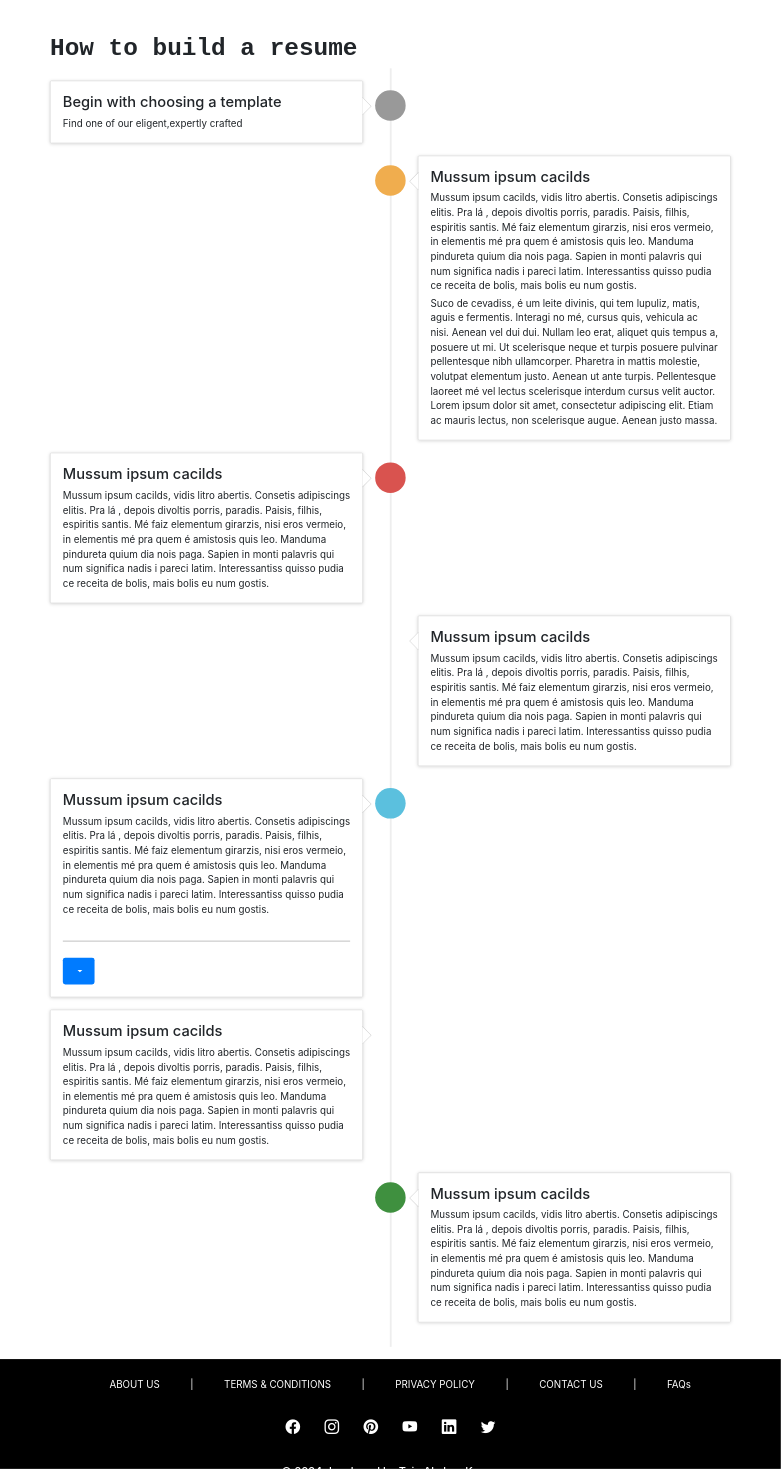
Repository: Tejaakshaykumar/MakeMyVita-Resume-Builder-Website
Page: / (app in frontend/)
These files come from the project's save history. The page is drawn as it stood at one moment and after a run of saves; the edit follows.
The browser window is 1280 px wide. The pictures show the whole page, at 61% of full size.
Some icons come from a web library that is not loaded, so they are not drawn. Some web fonts or font styles are not loaded; a fallback is used. Some web libraries are served in a nearby version. The project was rebuilt for these pictures with package versions that can differ from the ones it lists, and the page was loaded fresh each time. Also part of the build but not shown: frontend/src/App.css, frontend/src/containers/Navbar.js, frontend/src/containers/About.js, frontend/src/containers/Buildresume.js, frontend/src/containers/Images.js, frontend/src/containers/Features.js, frontend/src/containers/Review.js, frontend/src/containers/Trybox.js and 24 more.

Above is the page before, as saved 2024-06-16 23:23:11.

### frontend/public/index.html
<!DOCTYPE html>
<html lang="en">
  <head>
    <meta charset="utf-8" />
    <link rel="icon" href="../src/images/HubSpot Brand Kit (1)/Logo/JPEG/Favicon-32x32.jpeg" />
    <meta name="viewport" content="width=device-width, initial-scale=1" />
    <meta name="theme-color" content="#000000" />
    <meta
      name="description"
      content="Web site created using create-react-app"
    />
    <link rel="apple-touch-icon" href="../src/images/HubSpot Brand Kit (1)/Logo/JPEG/Favicon-32x32.jpeg" />
    <link rel="manifest" href="%PUBLIC_URL%/manifest.json" />
    <link rel="stylesheet" href="https://stackpath.bootstrapcdn.com/bootstrap/4.5.2/css/bootstrap.min.css">
  <link rel="stylesheet" href="https://stackpath.bootstrapcdn.com/font-awesome/4.7.0/css/font-awesome.min.css">
  <link href="https://cdn.jsdelivr.net/npm/bootstrap@5.3.3/dist/css/bootstrap.min.css" rel="stylesheet" integrity="sha384-QWTKZyjpPEjISv5WaRU9OFeRpok6YctnYmDr5pNlyT2bRjXh0JMhjY6hW+ALEwIH" crossorigin="anonymous">
  <link href="https://cdn.jsdelivr.net/npm/bootstrap-icons@1.7.2/font/bootstrap-icons.css" rel="stylesheet">
  <link rel="stylesheet" href="https://cdnjs.cloudflare.com/ajax/libs/bootstrap-icons/1.10.0/font/bootstrap-icons.min.css">
  <title>MakeMyVita</title>
  </head>
  <body>
    <noscript>You need to enable JavaScript to run this app.</noscript>
    <div id="root"></div>
  </body>
  <script src="https://cdn.jsdelivr.net/npm/bootstrap@5.3.3/dist/js/bootstrap.bundle.min.js" integrity="sha384-YvpcrYf0tY3lHB60NNkmXc5s9fDVZLESaAA55NDzOxhy9GkcIdslK1eN7N6jIeHz" crossorigin="anonymous"></script>
</html>

### frontend/src/containers/Howitworks.js
import React from 'react'

function Howitworks ()  {
    return (
        <div className="container">
        <div className="page-header">
          <h1 id="timeline">How to build a resume</h1>
        </div>
        <ul className="timeline">
          <li>
            <div className="timeline-badge">
              <i className="glyphicon glyphicon-check" />
            </div>
            <div className="timeline-panel">
              <div className="timeline-heading">
                <h4 className="timeline-title">Begin with choosing a template</h4>
                {/* <p>
                  <small className="text-muted">
                    <i className="glyphicon glyphicon-time" /> 11 hours ago via
                    Twitter
                  </small>
                </p> */}
              </div>
              <div className="timeline-body">
                <p>
                  Find one of our eligent,expertly crafted
                </p>
              </div>
            </div>
          </li>
          <li className="timeline-inverted">
            <div className="timeline-badge warning">
              <i className="glyphicon glyphicon-credit-card" />
            </div>
            <div className="timeline-panel">
              <div className="timeline-heading">
                <h4 className="timeline-title">Mussum ipsum cacilds</h4>
              </div>
              <div className="timeline-body">
                <p>
                  Mussum ipsum cacilds, vidis litro abertis. Consetis adipiscings
                  elitis. Pra lá , depois divoltis porris, paradis. Paisis, filhis,
                  espiritis santis. Mé faiz elementum girarzis, nisi eros vermeio, in
                  elementis mé pra quem é amistosis quis leo. Manduma pindureta quium
                  dia nois paga. Sapien in monti palavris qui num significa nadis i
                  pareci latim. Interessantiss quisso pudia ce receita de bolis, mais
                  bolis eu num gostis.
                </p>
                <p>
                  Suco de cevadiss, é um leite divinis, qui tem lupuliz, matis, aguis
                  e fermentis. Interagi no mé, cursus quis, vehicula ac nisi. Aenean
                  vel dui dui. Nullam leo erat, aliquet quis tempus a, posuere ut mi.
                  Ut scelerisque neque et turpis posuere pulvinar pellentesque nibh
                  ullamcorper. Pharetra in mattis molestie, volutpat elementum justo.
                  Aenean ut ante turpis. Pellentesque laoreet mé vel lectus
                  scelerisque interdum cursus velit auctor. Lorem ipsum dolor sit
                  amet, consectetur adipiscing elit. Etiam ac mauris lectus, non
                  scelerisque augue. Aenean justo massa.
                </p>
              </div>
            </div>
          </li>
          <li>
            <div className="timeline-badge danger">
              <i className="glyphicon glyphicon-credit-card" />
            </div>
            <div className="timeline-panel">
              <div className="timeline-heading">
                <h4 className="timeline-title">Mussum ipsum cacilds</h4>
              </div>
              <div className="timeline-body">
                <p>
                  Mussum ipsum cacilds, vidis litro abertis. Consetis adipiscings
                  elitis. Pra lá , depois divoltis porris, paradis. Paisis, filhis,
                  espiritis santis. Mé faiz elementum girarzis, nisi eros vermeio, in
                  elementis mé pra quem é amistosis quis leo. Manduma pindureta quium
                  dia nois paga. Sapien in monti palavris qui num significa nadis i
                  pareci latim. Interessantiss quisso pudia ce receita de bolis, mais
                  bolis eu num gostis.
                </p>
              </div>
            </div>
          </li>
          <li className="timeline-inverted">
            <div className="timeline-panel">
              <div className="timeline-heading">
                <h4 className="timeline-title">Mussum ipsum cacilds</h4>
              </div>
              <div className="timeline-body">
                <p>
                  Mussum ipsum cacilds, vidis litro abertis. Consetis adipiscings
                  elitis. Pra lá , depois divoltis porris, paradis. Paisis, filhis,
                  espiritis santis. Mé faiz elementum girarzis, nisi eros vermeio, in
                  elementis mé pra quem é amistosis quis leo. Manduma pindureta quium
                  dia nois paga. Sapien in monti palavris qui num significa nadis i
                  pareci latim. Interessantiss quisso pudia ce receita de bolis, mais
                  bolis eu num gostis.
                </p>
              </div>
            </div>
          </li>
          <li>
            <div className="timeline-badge info">
              <i className="glyphicon glyphicon-floppy-disk" />
            </div>
            <div className="timeline-panel">
              <div className="timeline-heading">
                <h4 className="timeline-title">Mussum ipsum cacilds</h4>
              </div>
              <div className="timeline-body">
                <p>
                  Mussum ipsum cacilds, vidis litro abertis. Consetis adipiscings
                  elitis. Pra lá , depois divoltis porris, paradis. Paisis, filhis,
                  espiritis santis. Mé faiz elementum girarzis, nisi eros vermeio, in
                  elementis mé pra quem é amistosis quis leo. Manduma pindureta quium
                  dia nois paga. Sapien in monti palavris qui num significa nadis i
                  pareci latim. Interessantiss quisso pudia ce receita de bolis, mais
                  bolis eu num gostis.
                </p>
                <hr />
                <div className="btn-group">
                  <button
                    type="button"
                    className="btn btn-primary btn-sm dropdown-toggle"
                    data-toggle="dropdown"
                  >
                    <i className="glyphicon glyphicon-cog" />{" "}
                    <span className="caret" />
                  </button>
                  <ul className="dropdown-menu" role="menu">
                    <li>
                      <a href="#">Action</a>
                    </li>
                    <li>
                      <a href="#">Another action</a>
                    </li>
                    <li>
                      <a href="#">Something else here</a>
                    </li>
                    <li className="divider" />
                    <li>
                      <a href="#">Separated link</a>
                    </li>
                  </ul>
                </div>
              </div>
            </div>
          </li>
          <li>
            <div className="timeline-panel">
              <div className="timeline-heading">
                <h4 className="timeline-title">Mussum ipsum cacilds</h4>
              </div>
              <div className="timeline-body">
                <p>
                  Mussum ipsum cacilds, vidis litro abertis. Consetis adipiscings
                  elitis. Pra lá , depois divoltis porris, paradis. Paisis, filhis,
                  espiritis santis. Mé faiz elementum girarzis, nisi eros vermeio, in
                  elementis mé pra quem é amistosis quis leo. Manduma pindureta quium
                  dia nois paga. Sapien in monti palavris qui num significa nadis i
                  pareci latim. Interessantiss quisso pudia ce receita de bolis, mais
                  bolis eu num gostis.
                </p>
              </div>
            </div>
          </li>
          <li className="timeline-inverted">
            <div className="timeline-badge success">
              <i className="glyphicon glyphicon-thumbs-up" />
            </div>
            <div className="timeline-panel">
              <div className="timeline-heading">
                <h4 className="timeline-title">Mussum ipsum cacilds</h4>
              </div>
              <div className="timeline-body">
                <p>
                  Mussum ipsum cacilds, vidis litro abertis. Consetis adipiscings
                  elitis. Pra lá , depois divoltis porris, paradis. Paisis, filhis,
                  espiritis santis. Mé faiz elementum girarzis, nisi eros vermeio, in
                  elementis mé pra quem é amistosis quis leo. Manduma pindureta quium
                  dia nois paga. Sapien in monti palavris qui num significa nadis i
                  pareci latim. Interessantiss quisso pudia ce receita de bolis, mais
                  bolis eu num gostis.
                </p>
              </div>
            </div>
          </li>
        </ul>
      </div>
    )
  }

export default Howitworks

### frontend/src/components/Step1Template.css
.step-container1 {
    margin-top: 50px;
    display: flex;
    flex-direction: column;
    text-align: center;
    /* align-items: end; */
    background:linear-gradient(to bottom,white,lightblue,rgb(255, 255, 255));
  }

  .step-container1 h2 {
    font-size: 5rem;
    font-family: 'Franklin Gothic Medium', 'Arial Narrow', Arial, sans-serif;
  }
  .search-box {
    align-self: self-end;
    padding: 40px 70px;
  }
  .template-list {
    display: flex;
    flex-wrap: wrap;
    gap: 10px;
    margin-top: 20px;
    padding: 20px 0;
  }

  .template-item {
    width: 20%;
    height: 55vh;
    border: 2px solid #d2daeb;
    border-radius: 5px;
    padding: 10px;
    text-align: center;
    cursor: pointer;
    margin: 0 40px;
    margin-bottom: 50px;
    background-color: #fff;
  }

  .template-item.selected {
    border-color: #007bff;
  }

  .template-item img {
    width: 100%;
    height: auto;
    display: block;
  }

  button {
    margin-top: 20px;
    padding: 10px 20px;
    background-color: #007bff;
    color: #fff;
    border: none;
    border-radius: 5px;
    cursor: pointer;
  }

  button:disabled {
    background-color: #ddd;
    cursor: not-allowed;
  }

### frontend/src/components/components.css
  /* Personal-details */
  .step-container-personal-details {
    padding: 20px;
    max-width: 800px;
    margin: 0 auto;
    background-color: #ffffff;
    border: 1px solid #ccc;
    border-radius: 8px;
  }

  h2 {
    text-align: center;
    margin-bottom: 20px;
    font-size: 3rem;
    font-family:'Franklin Gothic Medium', 'Arial Narrow', Arial, sans-serif ;
    font-weight: 300;
    color: #000000;

  }

  .step-container-personal-details form {
    display: flex;
    flex-direction: column;
  }

  .form-row {
    display: flex;
    justify-content: space-between;
    margin-bottom: 15px;
  }

  .form-group {
    flex: 1;
    margin-right: 10px;
  }

  .form-group:last-child {
    margin-right: 0;
  }

  label {
    display: block;
    margin-bottom: 5px;
    font-weight: bold;
  }

  input {
    width: 100%;
    padding: 10px;
    border: 1px solid #ccc;
    border-radius: 4px;
  }

  .buttons {
    display: flex;
    justify-content: space-between;
    margin-top: 20px;
    /* margin: 20px 20px; */
  }

  .buttons button {
    padding: 10px 20px;
    border: none;
    border-radius: 4px;
    background-color: #007bff;
    color: white;
    cursor: pointer;
    transition: background-color 0.3s;
  }

  .buttons button:hover {
    background-color: #0056b3;
  }

  .buttons button:disabled {
    background-color: #cccccc;
    cursor: not-allowed;
  }

  /* education-details */
  .step-container {
    padding: 20px;
    max-width: 800px;
    margin: 0 auto;
    background-color: #ffffff;
    border: 1px solid #ccc;
    border-radius: 8px;
  }

  .step-container h2 {
    text-align: center;
    margin-bottom: 20px;
    margin-top: 20px;
  }

  .step-container p {
    text-align: center;
    margin-bottom: 20px;
  }

  hr {
    margin-top: 40px;
    text-align: center;
    /* color: rgb(0, 0, 255); */
    border: 1px solid rgb(0, 0, 0);
  }

  .education-entry {
    margin-bottom: 20px;
    padding: 10px 50px;
  }

  .education-entry label {
    display: block;
    margin-top: 10px;
    font-weight: bold;
  }

  .education-entry input {
    width: 100%;
    padding: 10px;
    margin-top: 5px;
    border: 1px solid #ccc;
    border-radius: 4px;
  }

  button[type="button"] {
    margin-top: 10px;
    padding: 10px 20px;
    border: none;
    border-radius: 4px;
    background-color: #007bff;
    color: white;
    cursor: pointer;
    transition: background-color 0.3s;
  }

  button[type="button"]:hover {
    background-color: #0056b3;
  }

  .buttons {
    display: flex;
    justify-content: space-between;
    margin-top: 20px;
  }

  .buttons button {
    padding: 10px 20px;
    border: none;
    border-radius: 4px;
    background-color: #007bff;
    color: white;
    cursor: pointer;
    transition: background-color 0.3s;
  }

  .buttons button:hover {
    background-color: #0056b3;
  }

  .buttons button:disabled {
    background-color: #cccccc;
    cursor: not-allowed;
  }

  /* experience */
  .experience-entry {
    margin-bottom: 20px;
    padding: 10px 50px;
  }

  .experience-entry label {
    display: block;
    margin-top: 10px;
    font-weight: bold;
  }

  .experience-entry input {
    width: 100%;
    padding: 10px;
    margin-top: 5px;
    border: 1px solid #ccc;
    border-radius: 4px;
  }

  /* project-details */

  .project-entry {
    margin-bottom: 20px;
    padding: 10px 50px;
  }

  .project-entry label {
    display: block;
    margin-top: 10px;
    font-weight: bold;
  }

  .project-entry input {
    width: 100%;
    padding: 10px;
    margin-top: 5px;
    border: 1px solid #ccc;
    border-radius: 4px;
  }

  /* additional-sections */
  .additional-section {
    margin-bottom: 20px;
    padding: 10px 50px;
  }

  .additional-section h3 {
    margin-top: 20px;
    margin-bottom: 10px;
    font-weight: bold;
  }

  .additional-section input {
    width: 100%;
    padding: 10px;
    margin-top: 5px;
    margin-bottom: 10px;
    border: 1px solid #ccc;
    border-radius: 4px;
  }

  /* skills */

  .skills-section {
    margin-bottom: 20px;
    padding: 10px 50px;

  }

  .skills-section h3 {
    margin-top: 20px;
    margin-bottom: 10px;
    font-weight: bold;
  }

  .skills-section input {
    width: 100%;
    padding: 10px;
    margin-top: 5px;
    margin-bottom: 10px;
    border: 1px solid #ccc;
    border-radius: 4px;
  }

### frontend/src/templates/temp1.css


  .resume-container {
    display: flex;
    height: 11in;
    width: 8.5in;
    margin: 20px auto;
    background: #ffffff;
    box-shadow: 0 0 10px rgba(0, 0, 0, 0.1);
    flex-direction: row;
  }

  .left-panel {
    width: 28%;
    background: #c7cbcc;
    padding: 20px;
    box-sizing: border-box;
  }

  .right-panel {
    background: #ffffff;
    width: 72%;
    padding: 20px;
    box-sizing: border-box;
  }

  .profile-pic img {
    width: 150px;
    height: 150px;
    border-radius: 50%;
    object-fit: cover;
    display:block;
    margin: 0 auto 20px;
  }

  h3 {
    font-family:  monospace;
    /* font-size: medium; */
  }

  h1, h2 {
    margin-top: 5%;
    font-family:  monospace;
    font-weight: 700;
  }
  .contact-info, .education, .skills {
    margin-bottom: 20px;
  }

  .contact-info h2, .education h2, .skills h2 {
    font-size: 1.2em;
    border-bottom: 2px solid #ccc;
    padding-bottom: 2px;
    margin-bottom: 10px;
  }

  .contact-info p, .education p, .skills ul {
    margin: 0;
    font-size: small;
    font-family:Cambria, Cochin, Georgia, Times, 'Times New Roman', serif;
  }

  .skills ul {
    /* list-style: none; */
    padding-left: 10%;
  }

  .skills ul li {
    background: #d0d4d5;
    margin-bottom: 5px;
    padding: 2px;
    border-radius: 3px;
  }

  .right-panel h1 {
    font-size: 2em;
  }

  .right-panel h2 {
    font-size: 1.5em;
    margin-bottom: 10px;
  }

  .profile, .experience {
    margin-bottom: 20px;
  }

  .experience h3 {
    margin-top: 0;
  }

  .experience ul {
    list-style-type: disc;
    margin-left: 20px;
    font-size: small;
    font-family:Arial, Helvetica, sans-serif;
  }

### frontend/src/templates/temp2.css
.resume {
    font-family:'Times New Roman', Times, serif;
    margin: 0 auto;
    height: 11in;
    width: 8.5in;
    padding: 20px 50px;
    background-color: rgb(255, 255, 255);
    font-size: 0.8rem;
  }

  .header {
    display: flex;
    flex-direction: row;
    height: 12vh;
  }

  .top-left {
    display: flex;
    flex-direction: row;
    width: 60%;
  }

  .header p {
    margin: 0;
  }

  .image img{
    width: 80%;
  }

  .myself {
    width: 85%;
    padding-top: 20px;
    text-align: left;
  }

  .myself h1 {
    font-size: 1.2rem;
    font-weight: 500;
  }

  .top-right {
    margin-top: 10px;
    text-align: end;
    width: 40%;
  }



  .section {
    margin-bottom: 20px;
  }

  .section h2 {
    border-bottom: 2px solid #000;
    /* padding-bottom: 5px; */
    font-size: 1.2rem;
    font-weight: 600;
  }

  .edu {
    display: flex;
    flex-direction: row;
    margin: 0px;
  }

  .l {
    text-align: left;
    width: 70%;
  }

  .r {
    text-align: right;
    width: 30%;
    margin: 0 0 0px 0;
  }

  .r p {
    margin: 0px 0px 0px 0px;
  }

  li {
    padding:0;
  }

Loaded but not shown: frontend/src/index.js (common file); frontend/src/index.css (common file); frontend/src/reportWebVitals.js (common file); frontend/src/App.js (186 lines, source omitted); frontend/src/containers/Foot.js (64 lines, source omitted); frontend/src/pages/pagestyles.css (707 lines, source omitted); frontend/src/containers/cont.css (531 lines, source omitted); frontend/src/components/Roadmap.css (231 lines, source omitted)

After the next 6 saves:
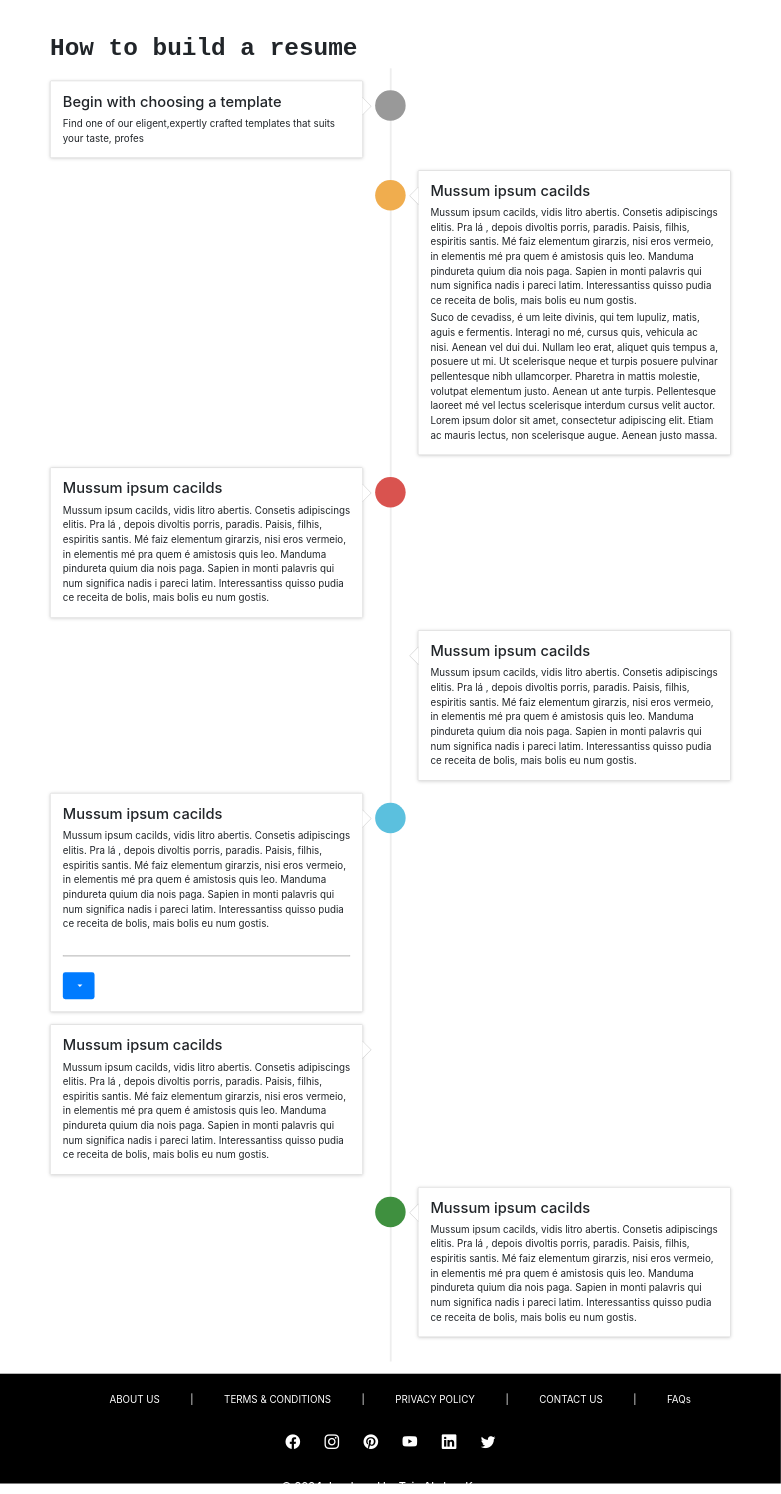
The 6 saves are shown as one change because they came seconds apart.
The last was saved 19 s later.
--- a/frontend/src/containers/Howitworks.js
+++ b/frontend/src/containers/Howitworks.js
@@ -23,7 +23,8 @@ function Howitworks ()  {
               </div>
               <div className="timeline-body">
                 <p>
-                  Find one of our eligent,expertly crafted
+                  Find one of our eligent,expertly crafted templates that suits your taste,
+                  profes
                 </p>
               </div>
             </div>
